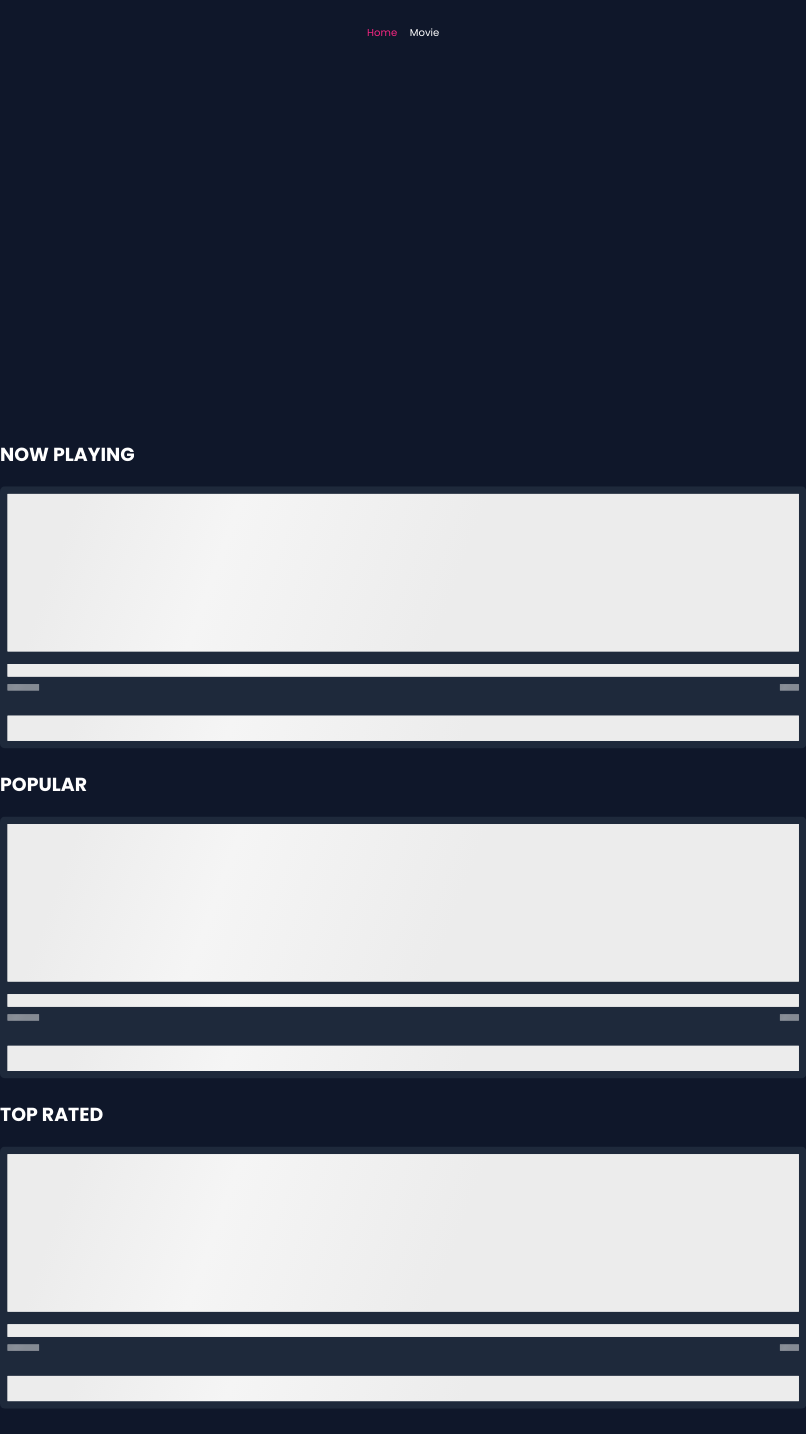
Repository: HoangLong0210/MovieWithTheMovieDb
Page: /
The author's editor kept a copy of each file at every save. The page is drawn from the files as they stood at one save, then again after the next save.
The browser window is 1280 px wide. The pictures show the whole page, at 63% of full size.
The page's requests for data from a server got no answer. The project was rebuilt for these pictures with package versions that can differ from the ones it lists, and the page was loaded fresh each time. No one was signed in, and anything a server would have sent is missing. Also part of the build but not shown: src/components/button/Button.js, src/components/banner/BannerItem.js.

Above is the page before, as saved 2023-04-30 13:44:40.

After the next save:
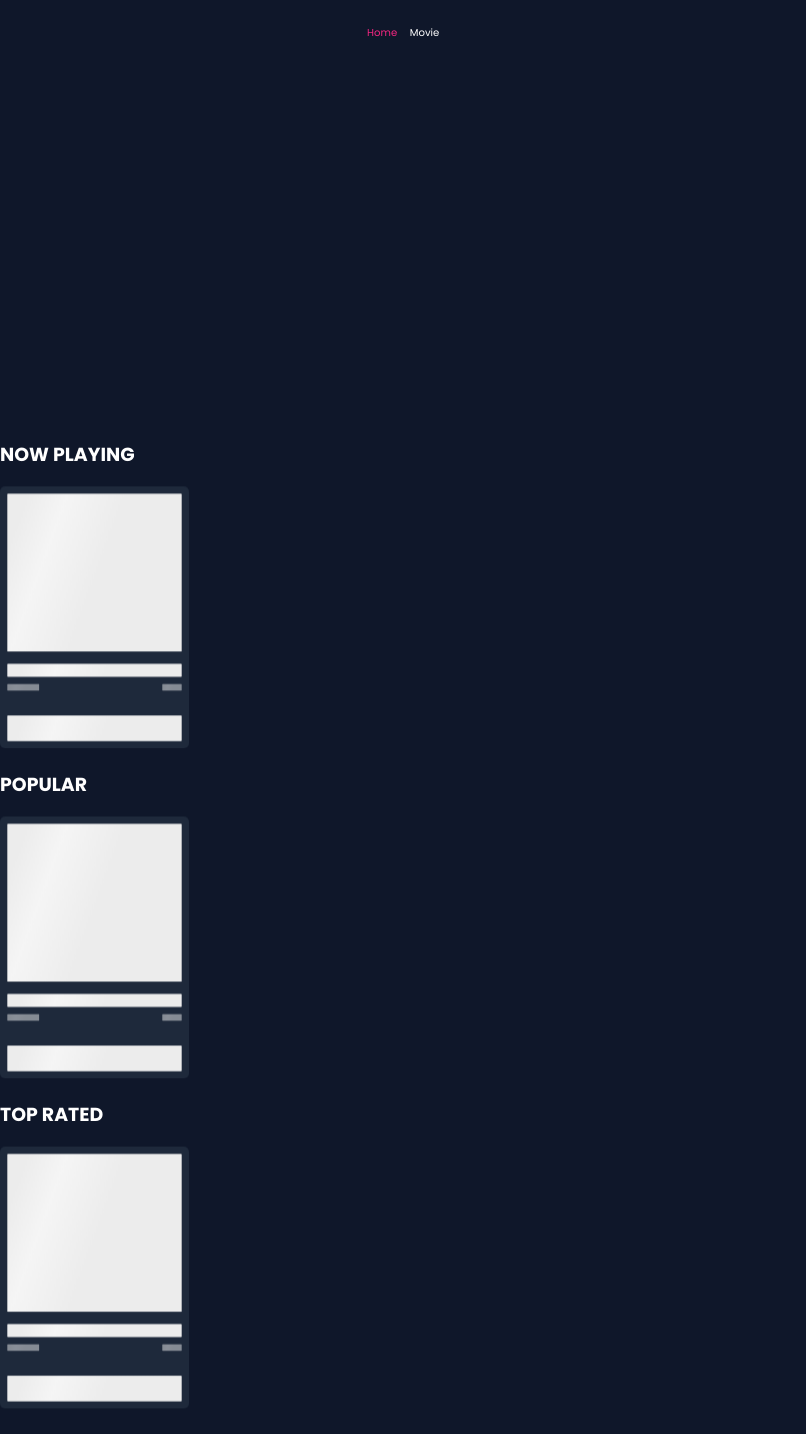
Saved 69 s later.
--- a/src/components/movie/MovieList.js
+++ b/src/components/movie/MovieList.js
@@ -18,7 +18,9 @@
       {!isLoading && (
         <>
           <Swiper grabCursor={true} spaceBetween={40} slidesPerView={"auto"}>
-            <MovieCardSkeleton></MovieCardSkeleton>
+            <SwiperSlide>
+              <MovieCardSkeleton></MovieCardSkeleton>
+            </SwiperSlide>
           </Swiper>
         </>
       )}
